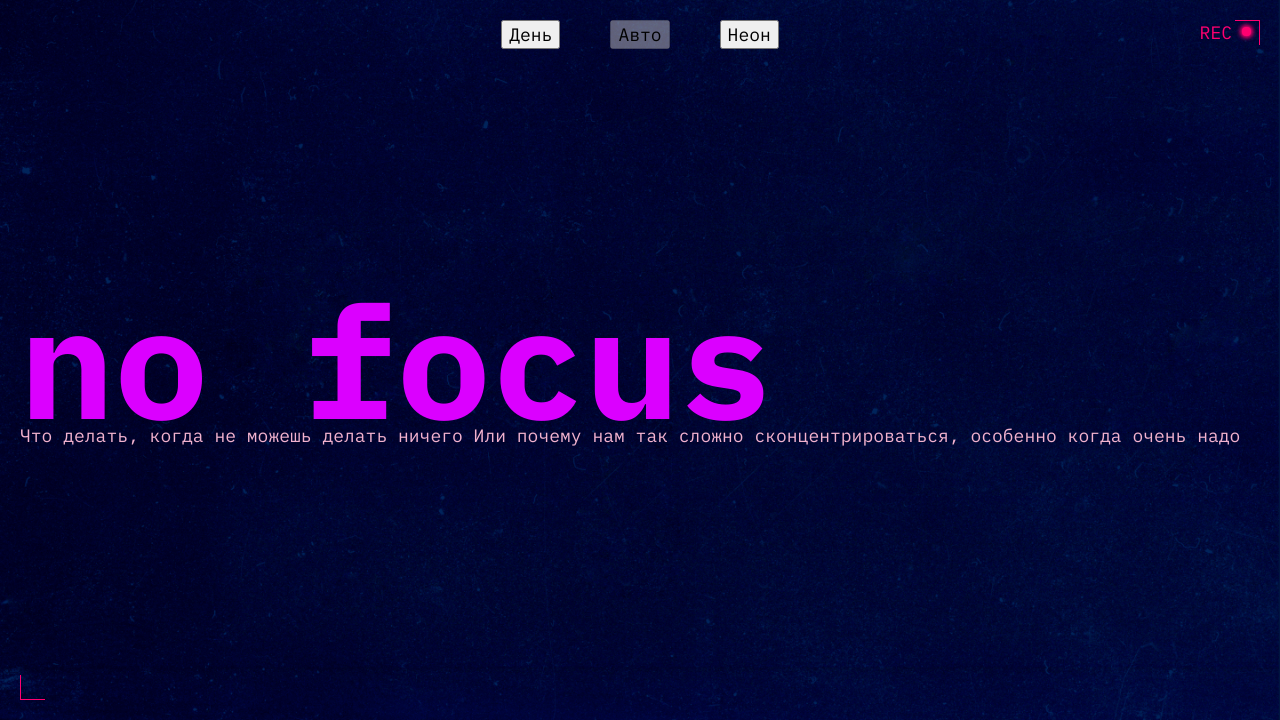
Repository: Hadoooouken/slozhno-sosredotochitsya
Page: index.html
The author's editor kept a copy of each file at every save. The page is drawn from the files as they stood at one save, then again after the next save.
The browser window is 1280 px wide. The pictures show the whole page.

Above is the page before, as saved 2024-01-20 00:55:18.

After the next save:
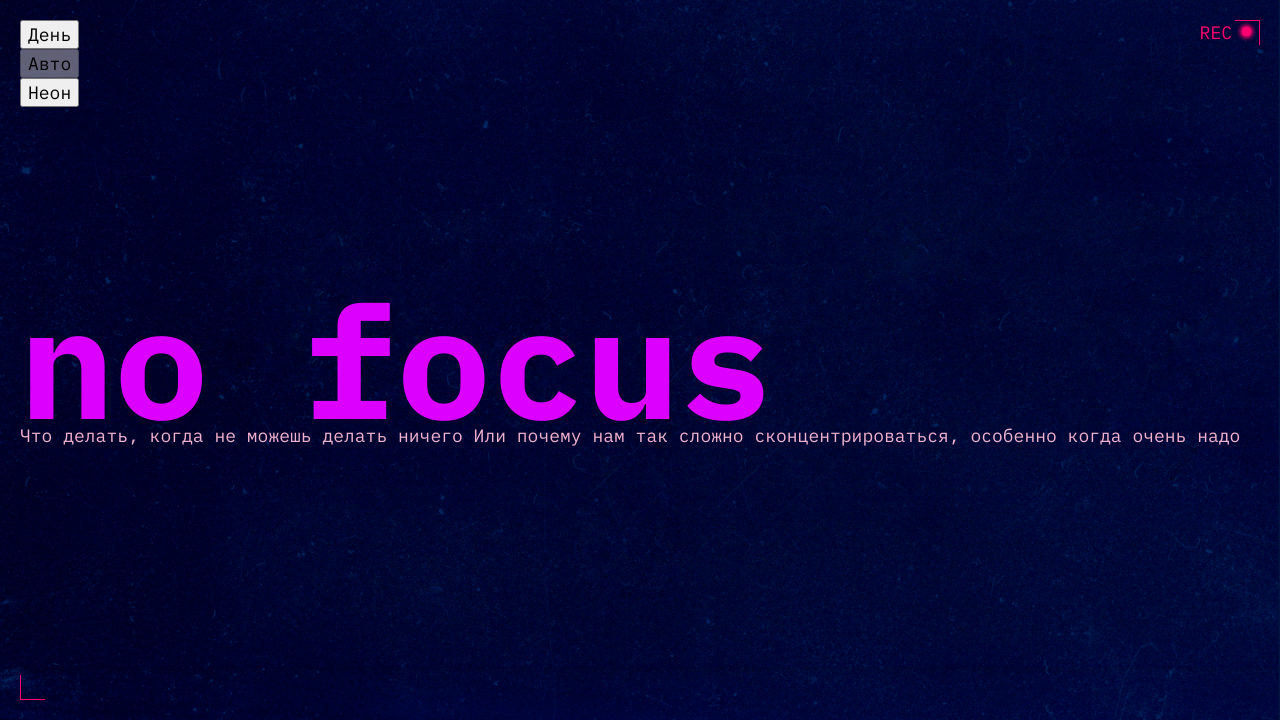
Saved 83 s later.
--- a/styles/style.css
+++ b/styles/style.css
@@ -87,7 +87,3 @@
 
 
 .header__theme-menu-list {
-  display: flex;
- justify-content: center;
-  column-gap: 50px;
-}
